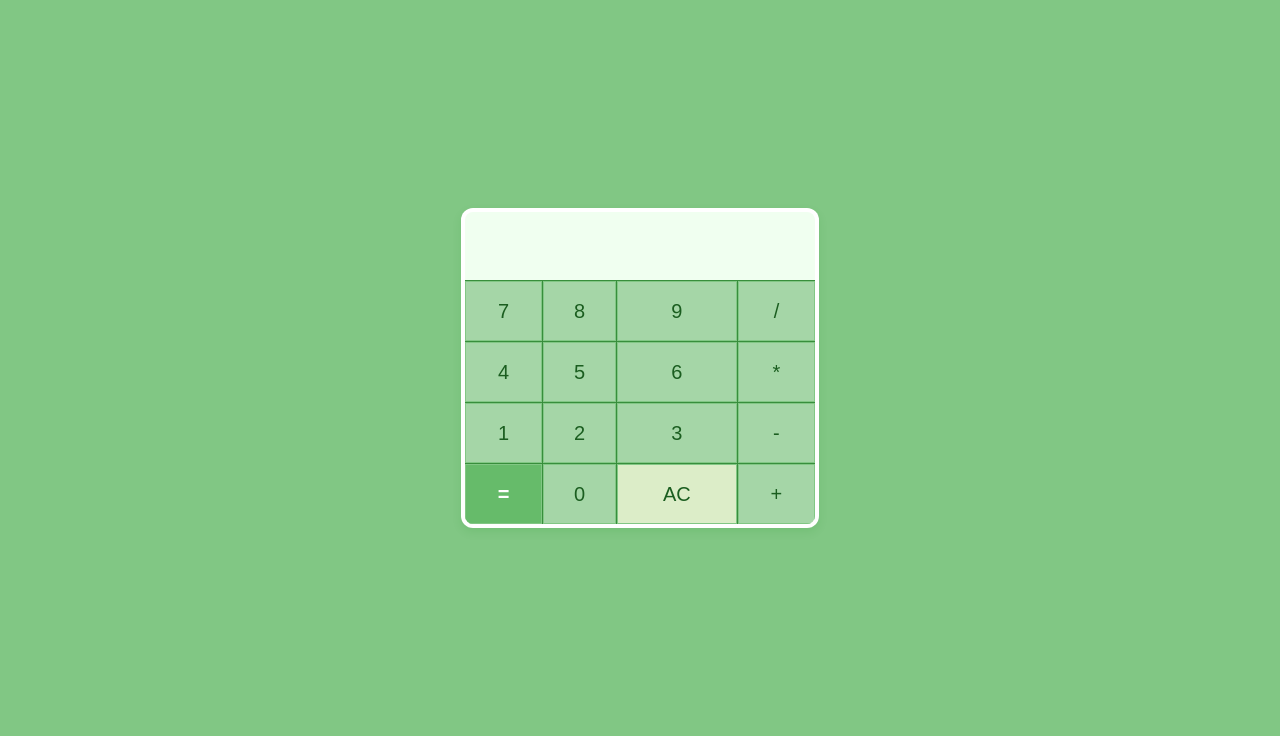
Repository: Yejin-source/st-work
Page: join/src/main/webapp/cal.html
The author's editor kept a copy of each file at every save. The page is drawn from the files as they stood at one save, then again after the next save.
The browser window is 1280 px wide. The pictures show the whole page.

Above is the page before, as saved 2025-04-30 08:51:40.

### join/src/main/webapp/cal.html
<!DOCTYPE html>
<html>
<head>
<meta charset="UTF-8">
<title>계산기</title>
	<style>
		body {
		  background-color: #81c784;
		  font-family: 'Segoe UI', sans-serif;
		  display: flex;
		  justify-content: center;
		  align-items: center;
		  height: 100vh;
		}

		table {
		  border-collapse: collapse;
		  background-color: #ffffff;
		  border-radius: 12px;
		  box-shadow: 0 4px 10px rgba(0, 128, 0, 0.1);
		  overflow: hidden;
		  border: 4px solid #388e3c;
		}

		input[type="text"] {
		  width: 100%;
		  padding: 20px;
		  font-size: 24px;
		  border: none;
		  background-color: #f0fff0;
		  text-align: right;
		  color: #2e7d32;
		}

		td {
		  padding: 0;
		}

		button {
		  width: 100%;
		  height: 60px;
		  font-size: 20px;
		  background-color: #a5d6a7;
		  border: 1px solid #81c784;
		  color: #1b5e20;
		  cursor: pointer;
		  transition: 0.2s;
		}

		button:hover {
		  background-color: #81c784;
		}

		#equal {
		  background-color: #66bb6a;
		  color: white;
		  font-weight: bold;
		}

		#equal:hover {
		  background-color: #388e3c;
		}

		#back {
		  background-color: #dcedc8;
		}

		#back:hover {
		  background-color: #aed581;
		}
	</style>
</head>
<body>
	<table border="1">
		<tr>
			<td colspan="4"><input type="text" id="result"></td>
		</tr>
		<tr>
			<td><button type="button" id="seven">7</button></td>
			<td><button type="button" id="eight">8</button></td>
			<td><button type="button" id="nine">9</button></td>
			<td><button type="button" id="divide">/</button></td>
		</tr>
		<tr>
			<td><button type="button" id="four">4</button></td>
			<td><button type="button" id="five">5</button></td>
			<td><button type="button" id="six">6</button></td>
			<td><button type="button" id="multiple">*</button></td>
		</tr>
		<tr>
			<td><button type="button" id="one">1</button></td>
			<td><button type="button" id="two">2</button></td>
			<td><button type="button" id="three">3</button></td>
			<td><button type="button" id="minus">-</button></td>
		</tr>
		<tr>
			<td><button type="button" id="equal">=</button></td>
			<td><button type="button" id="zero">0</button></td>
			<td><button type="button" id="back">AC</button></td>
			<td><button type="button" id="plus">+</button></td>
		</tr>
	</table>
	<script>
		// 콜백함수: 매개변수로 전달하는 함수

		/*
			let zeroClick = function() {
				alert('zeroClick');
			}
		*/

		let result = '';

		// 0 입력
		document.querySelector('#zero').addEventListener('click', function() { // ('이벤트 이름', 콜백함수)
			if(result == 0) {
				alert('0으로 시작할 수 없습니다.');
				return;
			}
			result = result + 0;
			document.querySelector('#result').value = result;
		});

		// 1 입력
		document.querySelector('#one').addEventListener('click', function() {
			result = result + 1;
			document.querySelector('#result').value = result;
		});

		// 2 입력
		document.querySelector('#two').addEventListener('click', function() {
			result = result + 2;
			document.querySelector('#result').value = result;
		});

		// 3 입력
		document.querySelector('#three').addEventListener('click', function() {
			result = result + 3;
			document.querySelector('#result').value = result;
		});

		// 4 입력
		document.querySelector('#four').addEventListener('click', function() {
			result = result + 4;
			document.querySelector('#result').value = result;
		});

		// 5 입력
		document.querySelector('#five').addEventListener('click', function() {
			result = result + 5;
			document.querySelector('#result').value = result;
		});

		// 6 입력
		document.querySelector('#six').addEventListener('click', function() {
			result = result + 6;
			document.querySelector('#result').value = result;
		});

		// 7 입력
		document.querySelector('#seven').addEventListener('click', function() {
			result = result + 7;
			document.querySelector('#result').value = result;
		});

		// 8 입력
		document.querySelector('#eight').addEventListener('click', function() {
			result = result + 8;
			document.querySelector('#result').value = result;
		});

		// 9 입력
		document.querySelector('#nine').addEventListener('click', function() {
			result = result + 9;
			document.querySelector('#result').value = result;
		});


		// 나누기 연산자
		document.querySelector('#divide').addEventListener('click', function() {
			if(isNaN(result[result.length-1])) { // result의 마지막 글자가 연산자라면 | isNaN() 함수: 숫자면 false 반환
				alert('연산자를 연속으로 입력할 수 없습니다.');
				return;
			}
			result = result + '/';
			document.querySelector('#result').value = result;
		});

		// 곱하기 연산자
		document.querySelector('#multiple').addEventListener('click', function() {
			if(isNaN(result[result.length-1])) { // result의 마지막 글자가 연산자라면
				alert('연산자를 연속으로 입력할 수 없습니다.');
				return;
			}
			result = result + '*';
			document.querySelector('#result').value = result;
		});

		// 빼기 연산자
		document.querySelector('#minus').addEventListener('click', function() {
			if(isNaN(result[result.length-1])) { // result의 마지막 글자가 연산자라면
				alert('연산자를 연속으로 입력할 수 없습니다.');
				return;
			}
			result = result + '-';
			document.querySelector('#result').value = result;
		});

		// 더하기 연산자
		document.querySelector('#plus').addEventListener('click', function() {
			if(isNaN(result[result.length-1])) { // result의 마지막 글자가 연산자라면
				alert('연산자를 연속으로 입력할 수 없습니다.');
				return;
			}
			result = result + '+';
			document.querySelector('#result').value = result;
		});


		// 한 글자 지우기
		document.querySelector('#back').addEventListener('click', function() {
			if(isNaN(result[result.length-1])) { // result의 마지막 글자가 연산자라면
				alert('연산자는 지울 수 없습니다.');
				return;
			}
			result = result.slice(0, -1); // slice() 메서드: 배열이나 문자열에서 일부분을 잘라내는 메서드
			// result.slice(start, end) -> end: 끝 인덱스는 미포함
			document.querySelector('#result').value = result;
		});


		// result 문자 전체를 파싱해서 연산해서 결과
	</script>
</body>
</html>

After the next save:
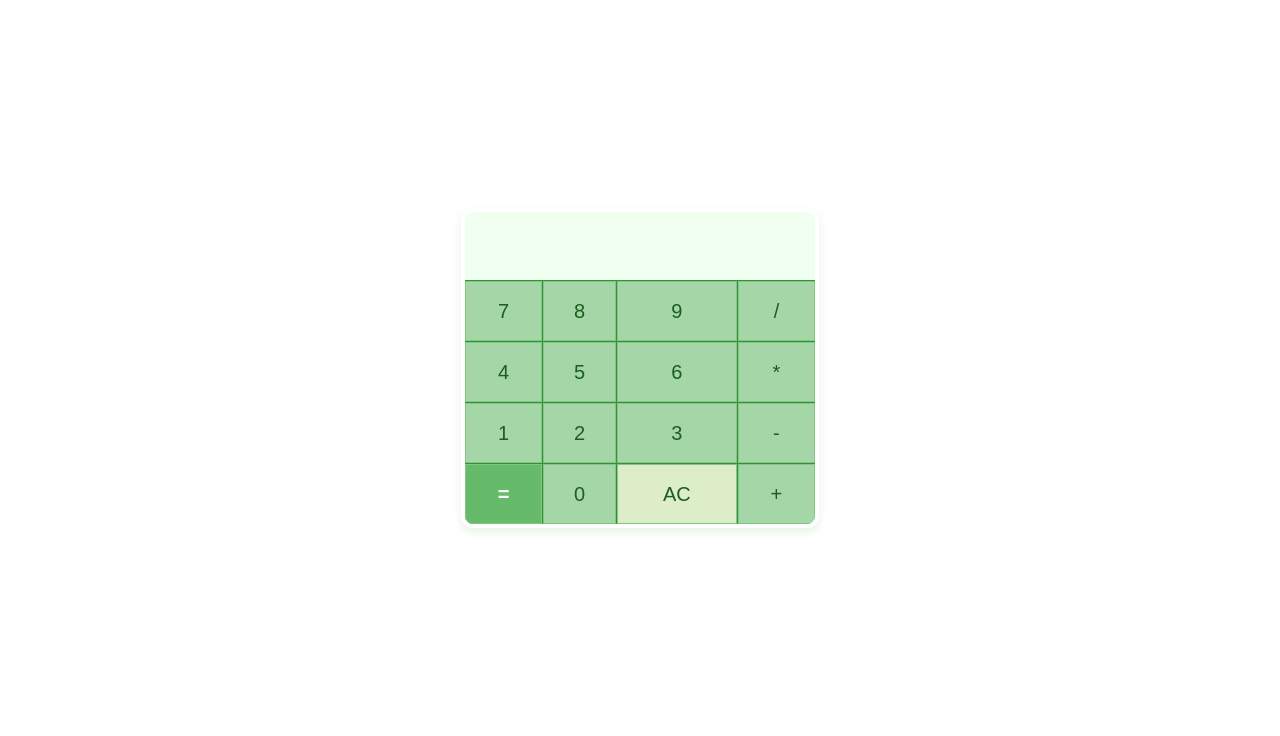
Saved 2 min 24 s later.
--- a/join/src/main/webapp/cal.html
+++ b/join/src/main/webapp/cal.html
@@ -5,7 +5,6 @@
 <title>계산기</title>
 	<style>
 		body {
-		  background-color: #81c784;
 		  font-family: 'Segoe UI', sans-serif;
 		  display: flex;
 		  justify-content: center;

After the save that followed:
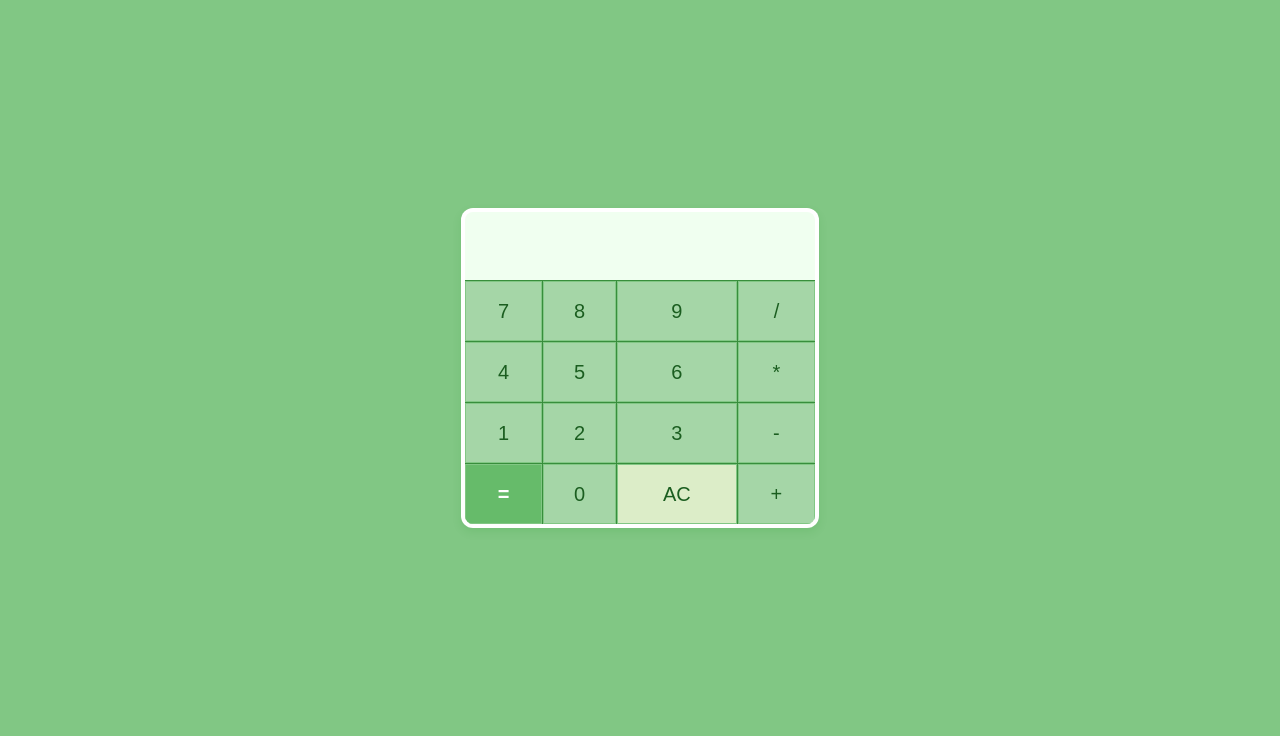
Saved 21 s later.
--- a/join/src/main/webapp/cal.html
+++ b/join/src/main/webapp/cal.html
@@ -5,6 +5,7 @@
 <title>계산기</title>
 	<style>
 		body {
+		  background-color:  #81c784;
 		  font-family: 'Segoe UI', sans-serif;
 		  display: flex;
 		  justify-content: center;
